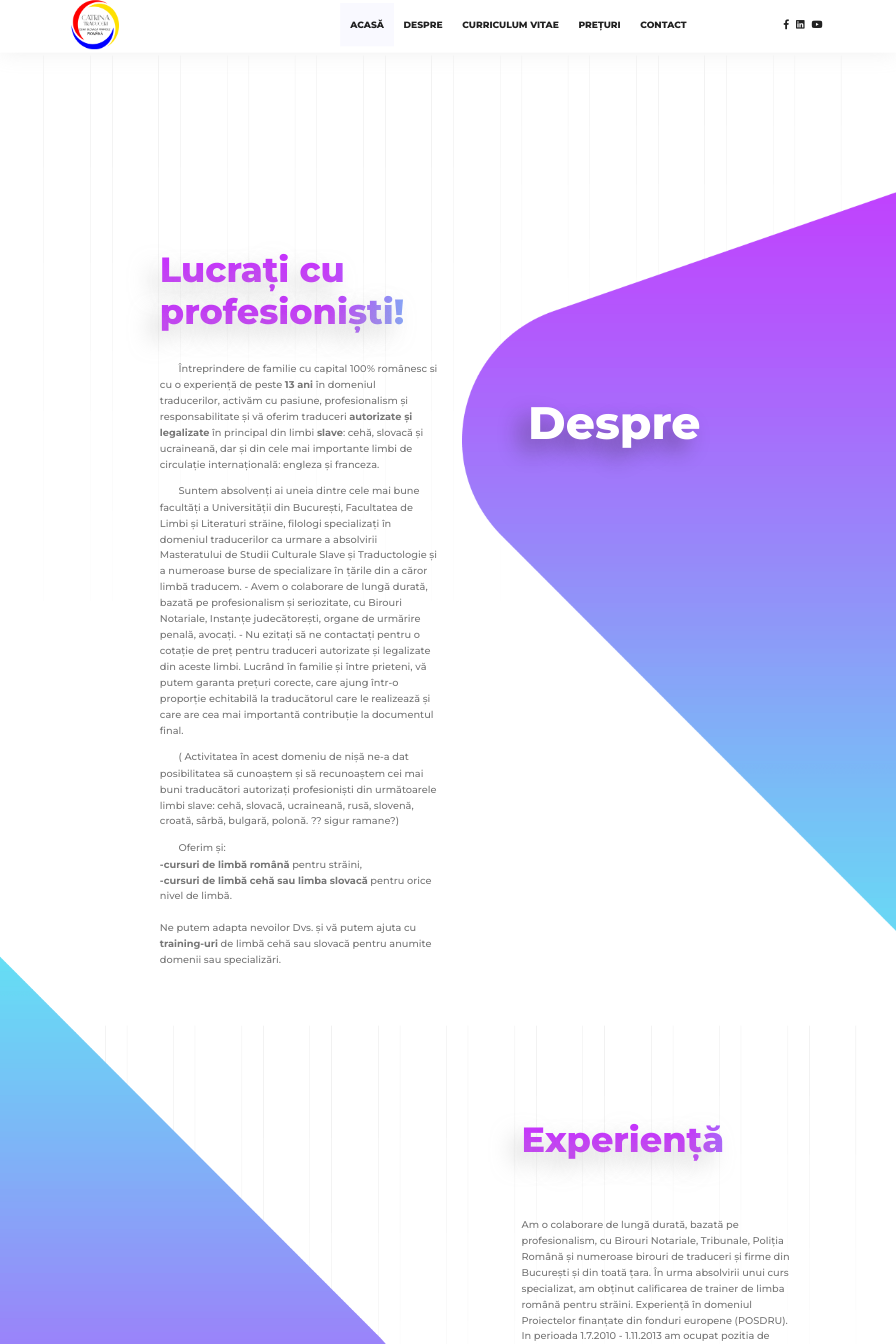
Repository: roscaImarius/site_traduceri
Page: index.html
An editor plug-in stored every save of this project. The page is shown before and after the next save, followed by the edit.
The browser window is 1280 px wide. The pictures show the part of the page from y = 615 to 2535 px (the page is 7580 px tall), at 70% of full size.

Above is the page before, as saved 2022-03-17 15:19:50.

### index.html
<!DOCTYPE html>
<html lang="en" class="no-js">
  <head>
    <meta
      name="viewport"
      content="width=device-width, initial-scale=1, shrink-to-fit=no"
    />
    <meta name="author" content="CodePixar" />
    <meta name="description" content="" />
    <meta name="keywords" content="" />
    <meta charset="UTF-8" />

    <title>Traduceri</title>

    <link
      href="https://fonts.googleapis.com/css?family=Montserrat:500,600,700,800,900"
      rel="stylesheet"
    />
    <link
      href="https://fonts.googleapis.com/css?family=Open+Sans:400,600"
      rel="stylesheet"
    />
    <!-- ===========================================
		CSS Files
    ============================================= -->
    <link rel="stylesheet" href="css/font-awesome.min.css" />
    <link rel="stylesheet" href="css/bootstrap.css" />
    <link rel="stylesheet" href="css/main.css" />
  </head>

  <body class="version5" id="top">
    <div class="se-pre-con"></div>

    <!--================ Start Banner Area =================-->
    <section class="home-area" id="home">
      <div class="banner-area relative">
        <div class="container-fluid">
          <div class="row justify-content-center height align-items-center">
            <div class="col-lg-5 col-md-6 col-sm-12">
              <div class="banner-img">
                <img class="img-fluid" src="img/banner-img5.jpg" alt="" />
              </div>
            </div>
            <div class="col-lg-5 col-md-6 col-sm-12">
              <div class="banner-content text-right">
                <h4 class="mb-30 hello text-uppercase text-white">
                  Salut, noi suntem
                </h4>
                <h1 class="name">Catrina Traduceri</h1>
                <p class="mt-5 h6 pHome dark">
                  Ne numărăm printre foarte puținii traducători autorizați de
                  Ministerul Justiției din România pentru traduceri din limbile
                  slave, de nisă: cehă, slovacă și ucraineană.
                </p>
              </div>
            </div>
          </div>
        </div>
      </div>
    </section>
    <!--================Header Menu Area =================-->
    <header class="header_area" id="header5">
      <div class="main_menu">
        <nav class="navbar navbar-expand-lg">
          <div class="container-fluid">
            <!-- Brand and toggle get grouped for better mobile display -->
            <a class="navbar-brand logo_h" href="index.html"
              ><img class="logoo" src="img/logo5_1.png" alt=""
            /></a>
            <button
              class="navbar-toggler"
              type="button"
              data-toggle="collapse"
              data-target="#navbarSupportedContent"
              aria-controls="navbarSupportedContent"
              aria-expanded="false"
              aria-label="Toggle navigation"
            >
              <i class="fas fa-bars"></i>
            </button>
            <!-- Collect the nav links, forms, and other content for toggling -->
            <div
              class="collapse navbar-collapse offset"
              id="navbarSupportedContent"
            >
              <ul class="nav navbar-nav menu_nav ml-auto nav5">
                <li class="nav-item active5">
                  <a class="nav-link" href="#home">Acasă</a>
                </li>
                <li class="nav-item">
                  <a class="nav-link" href="#about">Despre</a>
                </li>
                <li class="nav-item">
                  <a class="nav-link" href="#resume">Curriculum Vitae</a>
                </li>
                <li class="nav-item">
                  <a class="nav-link" href="#portfolio">prețuri</a>
                </li>
                <li class="nav-item">
                  <a class="nav-link" href="#contact">contact</a>
                </li>
              </ul>

              <!-- SOCIAL MEDIA -->
              <ul class="nav navbar-nav social-icons">
                <li class="nav-item">
                  <a href="https://www.facebook.com/catrina.traduceri">
                    <i class="fab fa-facebook-f"></i>
                  </a>
                </li>
                <li class="nav-item">
                  <a
                    href="https://www.linkedin.com/in/ionut-catrina-405244178/"
                  >
                    <i class="fab fa-linkedin"></i>
                  </a>
                </li>
                <li class="nav-item">
                  <a href="#">
                    <i class="fab fa-youtube"></i>
                  </a>
                </li>
              </ul>
            </div>
          </div>
        </nav>
      </div>
    </header>

    <!--================ Start About Area =================-->
    <section class="about-area section-gap-top-5 relative" id="about">
      <div class="container-fluid">
        <div class="row row-reverse">
          <div class="offset-lg-2 col-lg-4 col-md-12">
            <h2 class="heading mb-40">Lucrați cu profesioniști!</h2>
            <p style="text-indent: 20pt">
              Întreprindere de familie cu capital 100% românesc si cu o
              experiență de peste
              <span style="font-weight: bold">13 ani</span> în domeniul
              traducerilor, activăm cu pasiune, profesionalism și
              responsabilitate și vă oferim traduceri
              <span style="font-weight: bold"> autorizate și legalizate</span>
              în principal din limbi
              <span style="font-weight: bold">slave</span>: cehă, slovacă și
              ucraineană, dar și din cele mai importante limbi de circulație
              internațională: engleza și franceza. <br />
            </p>
            <p style="text-indent: 20pt">
              Suntem absolvenți ai uneia dintre cele mai bune facultăți a
              Universității din București, Facultatea de Limbi și Literaturi
              străine, filologi specializați în domeniul traducerilor ca urmare
              a absolvirii Masteratului de Studii Culturale Slave și
              Traductologie și a numeroase burse de specializare în țările din a
              căror limbă traducem. - Avem o colaborare de lungă durată, bazată
              pe profesionalism și seriozitate, cu Birouri Notariale, Instanțe
              judecătorești, organe de urmărire penală, avocați. - Nu ezitați să
              ne contactați pentru o cotație de preț pentru traduceri autorizate
              și legalizate din aceste limbi. Lucrând în familie și între
              prieteni, vă putem garanta prețuri corecte, care ajung într-o
              proporție echitabilă la traducătorul care le realizează și care
              are cea mai importantă contribuție la documentul final.
            </p>
            <p style="text-indent: 20pt">
              ( Activitatea în acest domeniu de nișă ne-a dat posibilitatea să
              cunoaștem și să recunoaștem cei mai buni traducători autorizați
              profesioniști din următoarele limbi slave: cehă, slovacă,
              ucraineană, rusă, slovenă, croată, sârbă, bulgară, polonă. ??
              sigur ramane?)
            </p>
            <p style="text-indent: 20pt">
              Oferim și: <br />
              <span style="font-weight: bold">-cursuri de limbă română</span>
              pentru străini, <br />
              <span style="font-weight: bold"
                >-cursuri de limbă cehă sau limba slovacă</span
              >
              pentru orice nivel de limbă. <br /><br />
              Ne putem adapta nevoilor Dvs. și vă putem ajuta cu
              <span style="font-weight: bold">training-uri</span> de limbă cehă
              sau slovacă pentru anumite domenii sau specializări.
            </p>
            <!-- <p class="mb-50" style="text-indent: 20pt">
              &middot; În anul 2009 am absolvit Masteratul de Studii Culturale
              Slave și Traductologie în cadrul Universității din București.
              Traducător autorizat de Ministerul Justiției din România încă din
              anul 2008, realizez traduceri /legalizate notarial, autorizate cu
              semnătura și ștampila mea sau traduceri simple. Studiile și
              experiența acumulată mă ajută să găsesc soluții la cele mai
              diferite situații lingvistice și să transpun cât mai fidel în
              limba țintă documentul de tradus. Pot traduce documente din orice
              domeniu, de la documente juridice până la documente tehnice și
              medicale.
            </p> -->
          </div>

          <div class="col-lg-6 p-0 col-md-12">
            <div class="right-side">
              <h2 class="text-white right-heading">Despre</h2>
            </div>
          </div>
        </div>
      </div>
    </section>

    <!--================ Start Experience Area =================-->
    <section class="experience-area relative" id="resume">
      <div class="container-fluid">
        <div class="row">
          <div class="col-lg-6 p-0 col-md-12">
            <div class="left-side">
              <h2 class="text-white indented cv left-heading">C.V.</h2>
            </div>
          </div>

          <div class="xpDiv col-lg-4 md-mr col-md-12">
            <h2 class="heading mb-80">Experiență</h2>
            <div class="resume-content">
              <div class="work-exp mb-50">
                <p>
                  Am o colaborare de lungă durată, bazată pe profesionalism, cu
                  Birouri Notariale, Tribunale, Poliția Română și numeroase
                  birouri de traduceri și firme din București și din toată țara.
                  În urma absolvirii unui curs specializat, am obținut
                  calificarea de trainer de limba română pentru străini.
                  Experiență în domeniul Proiectelor finanțate din fonduri
                  europene (POSDRU). In perioada 1.7.2010 - 1.11.2013 am ocupat
                  pozitia de Responsabil vizite de studiu – schimb de experiență
                  în cadrul unor proiecte transnaționale (între România și
                  Republica Cehă).
                </p>
              </div>

              <h2 class="heading mt-120 mb-80">Education</h2>
              <div class="study">
                <h4 class="subject">Master</h4>
                <p>
                  <span class="title">Session</span>
                  <span class="info">: 2010-11</span>
                </p>
                <p>
                  <span class="title">Result</span>
                  <span class="info">: 3.78 (In the Scale of 4.00)</span>
                </p>
              </div>

              <div class="study">
                <h4 class="subject">Bachelor</h4>
                <p>
                  <span class="title">Session</span>
                  <span class="info">: 2006-09</span>
                </p>
                <p>
                  <span class="title">Result</span>
                  <span class="info">: 3.40 (In the Scale of 4.00)</span>
                </p>
              </div>

              <div class="study">
                <h4 class="subject">Diploma</h4>
                <p>
                  <span class="title">Session</span>
                  <span class="info">: 20063-06</span>
                </p>
                <p>
                  <span class="title">Result</span>
                  <span class="info">: 4.94 (In the Scale of 5.00)</span>
                </p>
              </div>
            </div>
          </div>
        </div>
      </div>
    </section>

    <!--================ Start PRICE Area =================-->
    <section class="price-area section-gap-top-5 relative" id="portfolio">
      <div class="container-fluid">
        <div class="row row-reverse">
          <div class="divFaraPret offset-lg-2 col-lg-4 col-md-12">
            <h2 class="heading mb-40">Detalii tarife</h2>
            <h1>Text</h1>
            <p>
              Lorem ipsum dolor sit amet consectetur adipisicing elit. Tempora
              omnis rem magnam voluptatum molestiae, unde id fuga illum
              consequatur nisi? Unde voluptates quia enim ab quae consequatur.
              Doloremque amet eveniet autem hic error veniam ullam aliquid
              aperiam corrupti expedita tempora fugiat, accusantium esse alias
              ea quam architecto totam perferendis, eum excepturi consectetur,
              distinctio placeat! A iure sint corporis fuga aperiam quo incidunt
              enim aut vel totam, dolorum architecto sed placeat, doloribus quam
              fugit! Deserunt iure eligendi at laborum corrupti libero,
              molestias, aliquid hic, nihil non ad voluptatum esse molestiae
              quam culpa sit quos! Maiores molestiae ab laboriosam nam magnam,
              illo eligendi dolorem explicabo. Expedita consequatur debitis
              ratione excepturi exercitationem quam neque quaerat magni aliquid
              voluptate, velit voluptatem ut quasi facilis totam ipsa nulla unde
              assumenda perspiciatis non sequi pariatur repellat? Dicta voluptas
              magni id omnis eveniet sunt consectetur aperiam necessitatibus
              sequi tempora quos neque sit iure aspernatur deserunt atque cum,
              debitis quibusdam inventore facilis velit, consequatur nobis
              excepturi. Suscipit dolorem, quisquam quos non reiciendis, earum
              repudiandae error nobis aspernatur optio expedita eligendi atque
              odit nihil ullam cumque a sunt aperiam culpa obcaecati corporis
              iusto? Magnam sequi, necessitatibus nemo odit illo nobis aut,
              voluptas suscipit consequuntur voluptatibus nisi earum. Dolor,
              aperiam?
            </p>
          </div>

          <div class="divPreturi col-lg-6 p-0 col-md-12">
            <div class="right-side">
              <h2 class="text-white right-heading">Prețuri</h2>
            </div>
          </div>
        </div>
      </div>
    </section>

    <!--================ Start CONTACT Area =================-->
    <section class="client-area relative" id="contact">
      <div class="container-fluid">
        <div class="row">
          <div class="col-lg-6 p-0 col-md-12">
            <div class="left-side">
              <h2 class="text-white left-heading">Contact</h2>
            </div>
          </div>

          <div class="contactDiv offset-lg-2 col-lg-4 col-md-12">
            <div class="form-area text-left">
              <h5><i>Telefon:</i></h5>
              <p>+40 726 471 135 <br /></p>
            </div>

            <div class="form-area text-left">
              <h5><i>E-mail:</i></h5>
              <p>catrina.traduceri@yahoo.com</p>
            </div>

            <div class="form-area adresa text-left">
              <h5><i>Adresă:</i></h5>
              <p>
                Calea Dorobantilor nr. 135-145, bl. 10, sc. C, Ap. 156, sector
                1, Bucuresti.
              </p>
            </div>
            <img class="mapa" src="./img/mapa.png" alt="" />
            <img class="mapa" src="./img/mapa.png" alt="" />
            <img class="mapa" src="./img/mapa.png" alt="" />
          </div>
        </div>
      </div>
    </section>

    <!--= Start Scroll to Top Area ########## -->
    <div id="back-top">
      <a title="Go to Top" href="#">
        <i class="fas fa-angle-up"></i>
      </a>
    </div>

    <script src="js/vendor/jquery-2.2.4.min.js"></script>
    <!-- <script src="js/popper.min.js"></script> -->
    <script src="js/vendor/bootstrap.min.js"></script>
    <script src="js/jquery.ajaxchimp.min.js"></script>
    <script src="js/counter-up.js"></script>
    <script src="js/isotope.pkgd.min.js"></script>
    <script src="js/waypoints.min.js"></script>
    <script src="js/main.js"></script>
  </body>
</html>

Loaded but not shown: css/font-awesome.min.css (library); css/bootstrap.css (library); js/vendor/jquery-2.2.4.min.js (library); js/vendor/bootstrap.min.js (library); js/jquery.ajaxchimp.min.js (library); js/isotope.pkgd.min.js (library); js/waypoints.min.js (library); js/main.js (150 lines, source omitted); js/counter-up.js (8 lines, source omitted); css/main.css (1568 lines, source omitted)

After the next save:
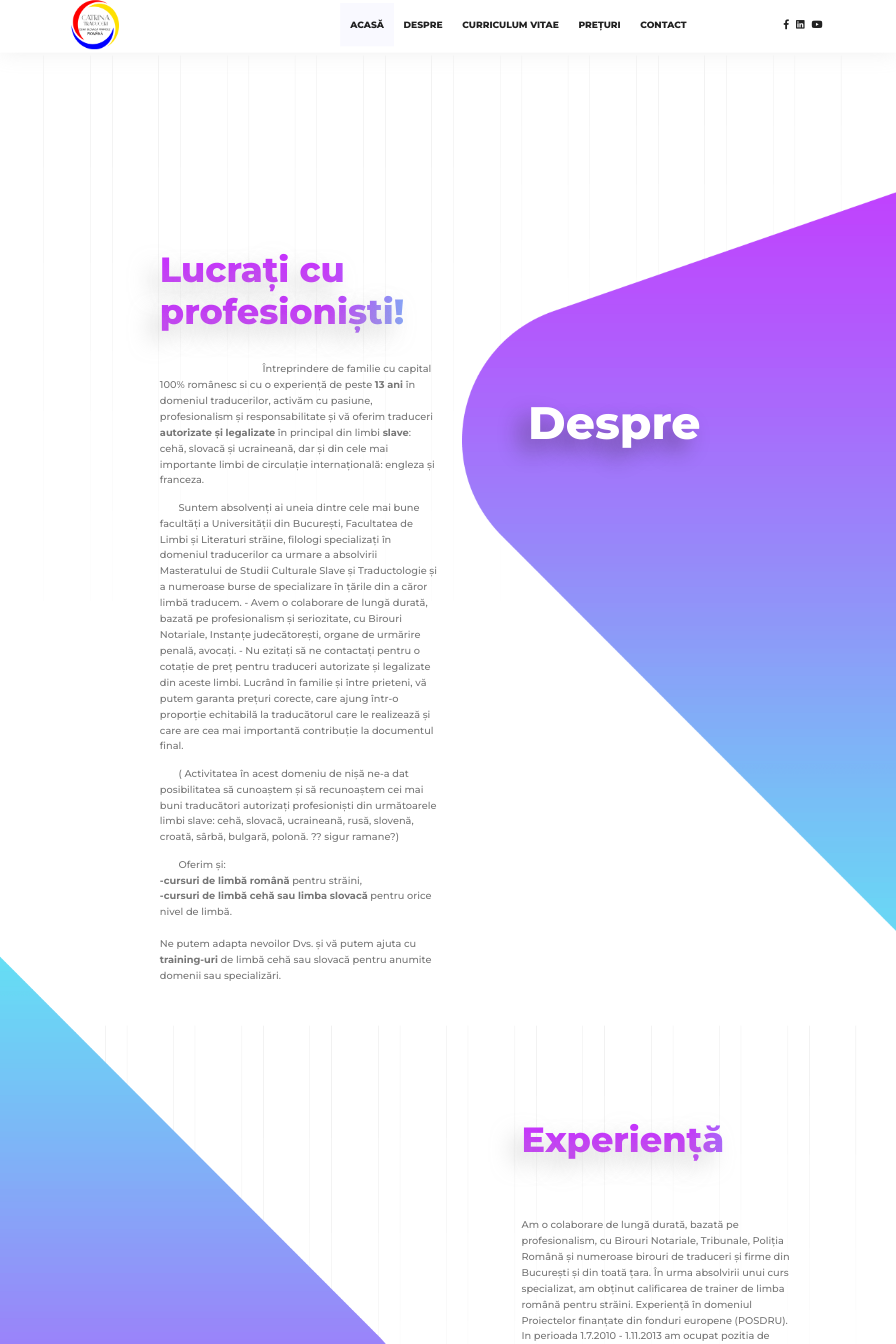
Saved 20 s later.
--- a/index.html
+++ b/index.html
@@ -133,7 +133,7 @@
         <div class="row row-reverse">
           <div class="offset-lg-2 col-lg-4 col-md-12">
             <h2 class="heading mb-40">Lucrați cu profesioniști!</h2>
-            <p style="text-indent: 20pt">
+            <p>
               Întreprindere de familie cu capital 100% românesc si cu o
               experiență de peste
               <span style="font-weight: bold">13 ani</span> în domeniul
